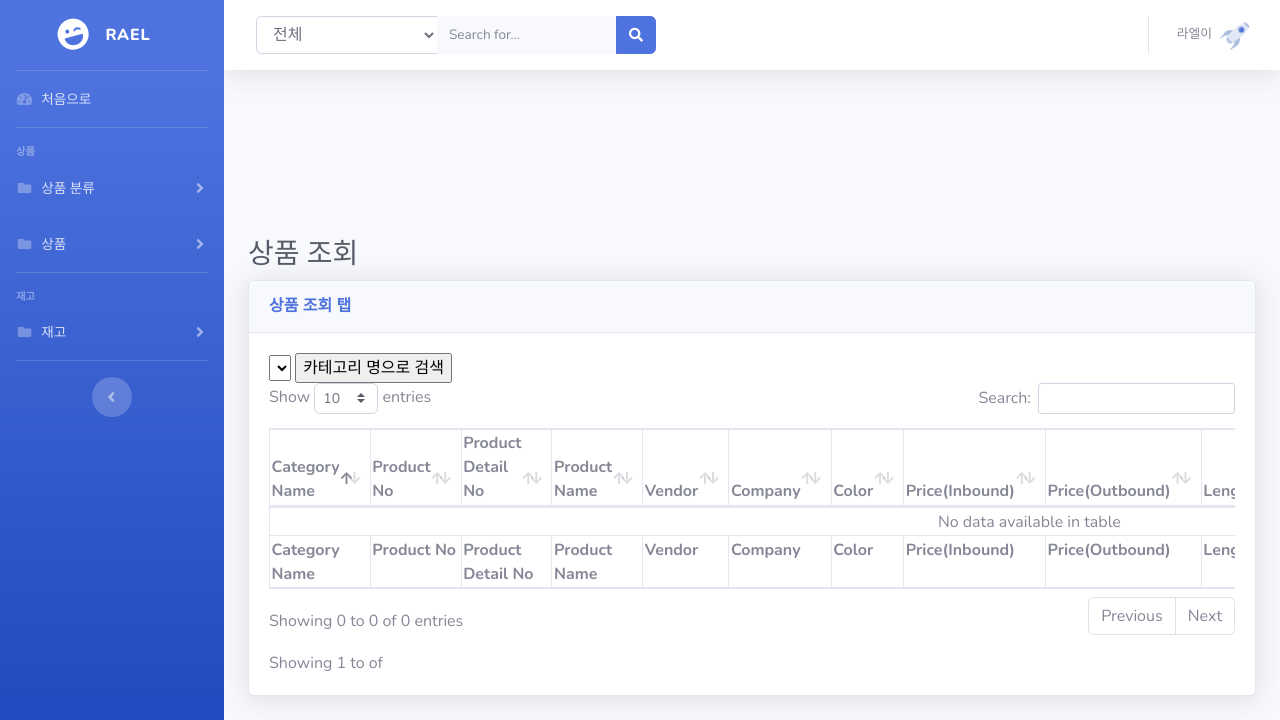
Repository: sww232/springRaelProject
Page: http://localhost/rael/WEB-INF/views/product/all_select.jsp
The author's editor kept a copy of each file at every save. The page is drawn from the files as they stood at one save, then again after the next save.
The browser window is 1280 px wide. The pictures show the whole page.
The page is served by Tomcat 9. Nobody is signed in. Other server files are loaded and not shown. The template is opened directly, without the code that normally fills it, so the values that code supplies are empty.

Above is the page before, as saved 2022-10-06 23:47:23.

### raelproject3/rael/src/main/webapp/WEB-INF/views/product/all_select.jsp
<%@ page language="java" contentType="text/html; charset=UTF-8" pageEncoding="UTF-8"%>
<%@ taglib uri="http://java.sun.com/jsp/jstl/core" prefix="c" %>
<!DOCTYPE html>
<html>
	<head>
		<meta http-equiv="X-UA-Compatible" content="IE=edge">
		<meta name="viewport" content="width=device-width, initial-scale=1, shrink-to-fit=no">
	    <meta name="description" content="">
	    <meta name="author" content="">
	    <meta charset="UTF-8">
			<title>상품 조회</title>

		<link href="/vendor/fontawesome-free/css/all.min.css" rel="stylesheet" type="text/css">
		<link href="/css/modal.css" rel="stylesheet" type="text/css">
	    <link
	        href="https://fonts.googleapis.com/css?family=Nunito:200,200i,300,300i,400,400i,600,600i,700,700i,800,800i,900,900i"
	        rel="stylesheet">

	    <!-- Custom styles for this template -->
	    <link href="/css/sb-admin-2.min.css" rel="stylesheet">
	    <!-- Custom styles for this page -->
	    <link href="/vendor/datatables/dataTables.bootstrap4.min.css" rel="stylesheet">

	    <script src="/vendor/jquery/jquery.min.js"></script>
	    <script src="/vendor/bootstrap/js/bootstrap.bundle.min.js"></script>

	    <!-- Core plugin JavaScript-->
	    <script src="/vendor/jquery-easing/jquery.easing.min.js"></script>

	    <!-- Custom scripts for all pages-->
	    <script src="/js/sb-admin-2.min.js"></script>

	    <!-- Page level plugins -->
	    <script src="/vendor/datatables/jquery.dataTables.min.js"></script>
	    <script src="/vendor/datatables/dataTables.bootstrap4.min.js"></script>

	    <!-- Page level custom scripts -->
	    <script src="/js/demo/datatables-demo.js"></script>


	</head>


	<body id="page-top">
		<form>
			<div class="modal fade" id="moaModal1" tabindex="-1" role="dialog" aria-labelledby="exampleModalLabel" aria-hidden="true">

			<div class="modal-dialog" role="document">
				<div class="modal-content">
					<div class="modal-header">
						<h5 class="modal-title" id="exampleModalLabel">상품 등록을 위한 카테고리 선택</h5>
						<button class="close" type="button" data-dismiss="modal" aria-label="Close">
							<span aria-hidden="true">x</span>
						</button>
						</div>
						<div class="modal-body">
							<select name="categoryBox1" id="categoryBox1">
								<option value="defaultValue" selected></option>
								<c:forEach var="list" items="${categorynums}">
									<option value="${list}">
										${list}
									</option>
								</c:forEach>
							</select>
						</div>
					<div class="modal-footer">
						<button class="btn btn-primary" type="button" data-dismiss="modal">Cancel</button>
						<button class="btn btn-primary" type="submit" formaction="/product/product_insert">Choice</button>
					</div>
				</div>
			</div>
		</div>
		<div class="modal fade" id="moaModal2" tabindex="-1" role="dialog" aria-labelledby="exampleModalLabel" aria-hidden="true">

			<div class="modal-dialog" role="document">
				<div class="modal-content">
					<div class="modal-header">
						<h5 class="modal-title" id="exampleModalLabel">상품 추가 등록을 위한 카테고리 선택</h5>
						<button class="close" type="button" data-dismiss="modal" aria-label="Close">
							<span aria-hidden="true">x</span>
						</button>
						</div>
						<div class="modal-body">
							<select name="categoryBox2" id="categoryBox2">
								<option value="defaultValue" selected></option>
								<c:forEach var="list" items="${categorynums}">
									<option value="${list}">
										${list}
									</option>
								</c:forEach>
							</select>
						</div>
					<div class="modal-footer">
						<button class="btn btn-primary" type="button" data-dismiss="modal">Cancel</button>
						<button class="btn btn-primary" type="submit" formaction="/product/product_insert_detail">Choice</button>
					</div>
				</div>
			</div>
		</div>
		<div class="modal fade" id="moaModal3" tabindex="-1" role="dialog" aria-labelledby="exampleModalLabel" aria-hidden="true">

			<div class="modal-dialog" role="document">
				<div class="modal-content">
					<div class="modal-header">
						<h5 class="modal-title" id="exampleModalLabel">상품명/상세정보 수정을 위한 카테고리 선택</h5>
						<button class="close" type="button" data-dismiss="modal" aria-label="Close">
							<span aria-hidden="true">x</span>
						</button>
						</div>
						<div class="modal-body">
							<select name="categoryBox3" id="categoryBox3">
								<option value="defaultValue" selected></option>
								<c:forEach var="list" items="${categorynums}">
									<option value="${list}">
										${list}
									</option>
								</c:forEach>
							</select>
						</div>
					<div class="modal-footer">
						<button class="btn btn-primary" type="button" data-dismiss="modal">Cancel</button>
						<button class="btn btn-primary" type="submit" formaction="/product/product_update">Choice</button>
					</div>
				</div>
			</div>
		</div>
		</form>
		<div id="wrapper">
			<ul class="navbar-nav bg-gradient-primary sidebar sidebar-dark accordion" id="accordionSidebar">
            	<!-- Sidebar - Brand -->
	            <a class="sidebar-brand d-flex align-items-center justify-content-center" href="/">
	                <div class="sidebar-brand-icon rotate-n-15">
	                    <i class="fas fa-laugh-wink"></i>
	                </div>

	                <div class="sidebar-brand-text mx-3"> RAEL </div>
	            </a>

	            <!-- Divider -->
	            <hr class="sidebar-divider my-0">

	            <!-- Nav Item - Dashboard -->
	            <li class="nav-item">
	                <a class="nav-link" href="/">
	                    <i class="fas fa-fw fa-tachometer-alt"></i>
	                    <span>처음으로</span></a>
	            </li>

	            <!-- Divider -->
	            <hr class="sidebar-divider">

	            <!-- Heading -->
	            <div class="sidebar-heading">
	                상품
	            </div>

	            <!-- Nav Item - Pages Collapse Menu -->
	            <li class="nav-item">
	                <a class="nav-link collapsed" href="#" data-toggle="collapse" data-target="#collapseTwo"
	                    aria-expanded="true" aria-controls="collapseTwo">
	                    <i class="fas fa-fw fa-folder"></i>
	                    <span>상품 분류</span>
	                </a>
	                <div id="collapseTwo" class="collapse" aria-labelledby="headingTwo" data-parent="#accordionSidebar">
	                    <div class="bg-white py-2 collapse-inner rounded">
	                        <h6 class="collapse-header">상풍 분류 탭</h6>
                        <a class="collapse-item" href="/product/category_select?page=1&recordSize=10&pageSize=10">상품 분류 조회</a>
                        <a class="collapse-item" href="/product/category_insert?insertresult=0">상품 분류 등록</a>
                        <a class="collapse-item" href="/product/category_update">상품 분류 수정</a>
	                    </div>
	                </div>
	            </li>

	            <!-- Nav Item - Utilities Collapse Menu -->
	            <li class="nav-item">
	                <a class="nav-link collapsed" href="#" data-toggle="collapse" data-target="#collapseUtilities"
	                    aria-expanded="true" aria-controls="collapseUtilities">
	                    <i class="fas fa-fw fa-folder"></i>
	                    <span>상품</span>
	                </a>
	                <div id="collapseUtilities" class="collapse" aria-labelledby="headingUtilities"
	                    data-parent="#accordionSidebar">
	                    <div class="bg-white py-2 collapse-inner rounded">
	                        <h6 class="collapse-header">상품 탭</h6>
	                        <a class="collapse-item" href="/product/all_select?page=1&recordSize=10&pageSize=10">상품 조회</a>
	                        <a class="collapse-item" href="#" data-toggle="modal" data-target="#moaModal1">
							<i class="fas fa-arrow-right"></i>상품 등록
						</a>
						<a class="collapse-item" href="#" data-toggle="modal" data-target="#moaModal2">
							<i class="fas fa-arrow-right"></i>상품 추가 등록
						</a>
						<a class="collapse-item" href="#" data-toggle="modal" data-target="#moaModal3">
							<i class="fas fa-arrow-right"></i>상품명/상세정보 수정
						</a>
	                    </div>
	                </div>
	            </li>

	            <!-- Divider -->
	            <hr class="sidebar-divider">

	            <!-- Heading -->
	            <div class="sidebar-heading">
	                재고
	            </div>

	            <!-- Nav Item - Pages Collapse Menu -->
	            <li class="nav-item">
	                <a class="nav-link collapsed" href="#" data-toggle="collapse" data-target="#collapsePages"
	                    aria-expanded="true" aria-controls="collapsePages">
	                    <i class="fas fa-fw fa-folder"></i>
	                    <span>재고</span>
	                </a>
	                <div id="collapsePages" class="collapse" aria-labelledby="headingPages" data-parent="#accordionSidebar">
	                    <div class="bg-white py-2 collapse-inner rounded">
	                        <h6 class="collapse-header">재고</h6>
	                        <a class="collapse-item" href="/stock/stock_select?page=1&recordSize=10&pageSize=10">재고 조회 및 입/출고</a>
	                        <div class="collapse-divider"></div>
	                        <h6 class="collapse-header">재고 입/출고</h6>
	                        <a class="collapse-item" href="/stock/stock_history?page=1&recordSize=10&pageSize=10">내역</a>
	                        <a class="collapse-item" href="/stock/stock_history_cancel?page=1&recordSize=10&pageSize=10">취소</a>
	                    </div>
	                </div>
	            </li>

	            <!-- Divider -->
	            <hr class="sidebar-divider d-none d-md-block">

	            <!-- Sidebar Toggler (Sidebar) -->
	            <div class="text-center d-none d-md-inline">
	                <button class="rounded-circle border-0" id="sidebarToggle"></button>
	            </div>

        	</ul>

       		<!-- End of Sidebar -->

	        <!-- Content Wrapper -->
	        <div id="content-wrapper" class="d-flex flex-column">

	            <!-- Main Content -->
	            <div id="content">

	                <!-- Topbar -->
	                <nav class="navbar navbar-expand navbar-light bg-white topbar mb-4 static-top shadow">

	                    <!-- Sidebar Toggle (Topbar) -->
	                    <form class="form-inline">
	                        <button id="sidebarToggleTop" class="btn btn-link d-md-none rounded-circle mr-3">
	                            <i class="fa fa-bars"></i>
	                        </button>
	                    </form>

	                    <!-- Topbar Search -->
	                    <form class="d-none d-sm-inline-block form-inline mr-auto ml-md-3 my-2 my-md-0 mw-100 navbar-search"
	                     id="searchForm" autocomplete="off" action="/product/all_select?page=1&recordSize=10&pageSize=10">

							<div class="input-group">
								<select id="searchType" name="searchType" class="form-control">
						           <option value="" selected>전체</option>
						           <option value="product_name">제품 이름</option>
						           <option value="product_company">회사명</option>
								</select>
								<input type="text" class="form-control bg-light border-0 small" placeholder="Search for..."
                                aria-label="Search" aria-describedby="basic-addon2" id="keyword" name="keyword">
                                <div class="input-group-append">
	                                <button class="btn btn-primary" type="submit">
	                                    <i class="fas fa-search fa-sm"></i>
	                                </button>
                            	</div>
					    	</div>
						</form>



	                    <!-- Topbar Navbar -->
	                    <ul class="navbar-nav ml-auto">

	                        <!-- Nav Item - Search Dropdown (Visible Only XS) -->
	                        <li class="nav-item dropdown no-arrow d-sm-none">
	                            <a class="nav-link dropdown-toggle" href="#" id="searchDropdown" role="button"
	                                data-toggle="dropdown" aria-haspopup="true" aria-expanded="false">
	                                <i class="fas fa-search fa-fw"></i>
	                            </a>
	                            <!-- Dropdown - Messages -->
	                            <div class="dropdown-menu dropdown-menu-right p-3 shadow animated--grow-in"
	                                aria-labelledby="searchDropdown">
	                                <form class="form-inline mr-auto w-100 navbar-search">
	                                    <div class="input-group">
	                                        <input type="text" class="form-control bg-light border-0 small"
	                                            placeholder="Search for..." aria-label="Search"
	                                            aria-describedby="basic-addon2">
	                                        <div class="input-group-append">
	                                            <button class="btn btn-primary" type="button">
	                                                <i class="fas fa-search fa-sm"></i>
	                                            </button>
	                                        </div>
	                                    </div>
	                                </form>
	                            </div>
	                        </li>

	                        <div class="topbar-divider d-none d-sm-block"></div>

	                        <!-- Nav Item - User Information -->
	                        <li class="nav-item dropdown no-arrow">
	                            <a class="nav-link dropdown-toggle" href="#" id="userDropdown" role="button"
	                                data-toggle="dropdown" aria-haspopup="true" aria-expanded="false">
	                                <span class="mr-2 d-none d-lg-inline text-gray-600 small">라엘이</span>
	                                <img class="img-profile rounded-circle"
	                                    src="/img/undraw_rocket.svg">
	                            </a>
	                            <!-- Dropdown - User Information -->
	                            <div class="dropdown-menu dropdown-menu-right shadow animated--grow-in"
	                                aria-labelledby="userDropdown">
	                                <div class="dropdown-divider"></div>
	                                <a class="dropdown-item" href="#" data-toggle="modal" data-target="#logoutModal">
	                                    <i class="fas fa-sign-out-alt fa-sm fa-fw mr-2 text-gray-400"></i>
	                                    Logout
	                                </a>
	                            </div>
	                        </li>
						</ul>
					</nav>
				</div>
	    	<!-- End of Topbar -->
			<div class="container-fluid">

				<!-- Page Heading -->
				<h1 class="h3 mb-2 text-gray-800">상품 조회</h1>
				<div class="card shadow mb-4">
					<div class="card-header py-3">
					    <h6 class="m-0 font-weight-bold text-primary">상품 조회 탭</h6>
					</div>
					<div class="card-body">
						<div class="table-responsive">
							<div id="dataTable_wrapper" class="dataTables_wrapper dt-bootstrap4">
								<div class="row">
									<form>
										<div class="dataTable_filter" id="dataTable_filter">
											<select name="categoryBox" id="categoryBox">
												<option value="defaultValue" selected></option>
												<c:forEach var="list" items="${categorynums}">
													<option value="${list}">
														${list}
													</option>
												</c:forEach>
											</select>
											<input type="submit" value="카테고리 명으로 검색">
										</div>
									</form>
								</div>
								<div class="row">
									<div class="col-sm-12">
										<table class="table table-bordered" id="dataTable" width="100%" cellspacing="0">
											<thead>
												<tr>
													<th>Category Name</th>
													<th>Product No</th>
													<th>Product Detail No</th>
													<th>Product Name</th>
													<th>Vendor</th>
													<th>Company</th>
													<th>Color</th>
													<th>Price(Inbound)</th>
													<th>Price(Outbound)</th>
													<th>Length</th>
													<th>Weight</th>
													<th>Battery</th>
													<th>Registered Date</th>
													<th>Modified Date</th>
													<th>Description</th>
												</tr>
											</thead>
											<tfoot>
												<tr>
													<th>Category Name</th>
													<th>Product No</th>
													<th>Product Detail No</th>
													<th>Product Name</th>
													<th>Vendor</th>
													<th>Company</th>
													<th>Color</th>
													<th>Price(Inbound)</th>
													<th>Price(Outbound)</th>
													<th>Length</th>
													<th>Weight</th>
													<th>Battery</th>
													<th>Registered Date</th>
													<th>Modified Date</th>
													<th>Description</th>
												</tr>
											</tfoot>
											<tbody>
												<c:forEach items="${datas.list}" var="data">
													<tr>
														<td>${data.PRODUCTCATEGORYNAME}</td>
														<td>${data.PRODUCTNUM}</td>
														<td>${data.PRODUCTBYNUM}</td>
														<td>${data.PRODUCTNAME}</td>
														<td>${data.PRODUCTVENDOR}</td>
														<td>${data.PRODUCTCOMPANY}</td>
														<td>${data.PRODUCTCOLOR}</td>
														<td>${data.PRODUCTPRICEINBOUND}</td>
														<td>${data.PRODUCTPRICEOUTBOUND}</td>
														<td>${data.PRODUCTLENGTH}</td>
														<td>${data.PRODUCTWEIGHT}</td>
														<td>${data.PRODUCTVOLT}</td>
														<td>${data.APPENDDATE}</td>
														<td>${data.UPDATEDATE}</td>
														<td>${data.PRODUCTDESCRIPTION}</td>
													<tr>
												</c:forEach>
											</tbody>
										</table>
									</div>
								</div>
								<div class="row">
									<div class="col-sm-12 col-md-5">
										<div class="dataTables_info" id="dataTable_info" role="status" aria-live="polite">
											<c:if test="${shownumber >= allcount}">
												Showing ${datas.pagination.limitStart + 1} to ${allcount} of ${allcount}
											</c:if>
											<c:if test="${shownumber < allcount}">
												Showing ${datas.pagination.limitStart + 1} to ${datas.pagination.limitStart + 10} of ${allcount}
											</c:if>
										</div>
									</div>
									<div class="col-sm-12 col-md-7">
										<div class="dataTables_paginate paging_simple_numbers" id="dataTable_paginate">
											<ul class="pagination">
											    <c:if test="${datas.pagination.totalPageCount < 1}">
											        <li>0</li>
											    </c:if>
											    <c:if test="${datas.pagination.existPrevPage eq true}">
											    	<li class="paginate_button page-item previous">
											    		<a aria-controls="dataTable" data-dt-idx="${num}" class="page-link"
											    			href='<c:url value="/product/all_select?page=${datas.pagination.startPage-1}&recordSize=10&pageSize=10&categoryBox=${categoryBox}&keyword=${param.keyword}&searchType=${param.searchType}"/>'>PREVIOUS</a>
											    	</li>
											    </c:if>
											    <c:if test="${datas.pagination.totalPageCount > 0}">
											   		<c:forEach begin="${datas.pagination.startPage}" end="${datas.pagination.endPage}" var="num">
											   			<li class="paignate_button page-item">
											   				<a  aria-controls="dataTable" data-dt-idx="${num}" class="page-link"
											   					href='<c:url value="/product/all_select?page=${num}&recordSize=10&pageSize=10&categoryBox=${categoryBox}&keyword=${param.keyword}&searchType=${param.searchType}"/>'>${num}</a>
											   			</li>
											   		</c:forEach>
											    </c:if>
											    <c:if test="${datas.pagination.existNextPage eq true}">
											        <li class="paginate_button page-item next" id="dataTable_next">
											        	<a aria-controls="dataTable" data-dt-idx="${num}" class="page-link"
											        		href='<c:url value="/product/all_select?page=${datas.pagination.endPage+1}&recordSize=10&pageSize=10&categoryBox=${categoryBox}&keyword=${param.keyword}&searchType=${param.searchType}"/>'>NEXT</a>
											       </li>
											    </c:if>
								    		</ul>
							    		</div>
							    	</div>
								</div>
							</div>
						</div>
					</div>
				</div>
			</div>
    </div>
</div>
	</body>
</html>

### raelproject3/rael/src/main/resources/static/css/modal.css
@charset "UTF-8";

.modal{
	position: fixed;
	top: 0;
	z-index: 1050;
	display: none;
	width: 100%;
	height: 100%;
	overflow: hidden;
	outline: 0;
}

.modal-dialog{
	position: relative;
	width: auto;
	margin: .5rem;
	pointer-events: none;
}

### raelproject3/rael/src/main/resources/static/img/undraw_rocket.svg
<?xml version="1.0" encoding="utf-8"?>
<!-- Generator: Adobe Illustrator 25.0.0, SVG Export Plug-In . SVG Version: 6.00 Build 0)  -->
<svg version="1.1" id="b759170a-51c3-4e2f-999d-77dec9fd6d11"
	 xmlns="http://www.w3.org/2000/svg" xmlns:xlink="http://www.w3.org/1999/xlink" x="0px" y="0px" viewBox="0 0 650.9 610.5"
	 style="enable-background:new 0 0 650.9 610.5;" xml:space="preserve">
<style type="text/css">
	.st0{fill:#AFC0E0;}
	.st1{opacity:0.2;fill:#FFFFFF;enable-background:new    ;}
	.st2{opacity:0.1;enable-background:new    ;}
	.st3{fill:#E3E8F4;}
	.st4{fill:#4E73DF;}
</style>
<path class="st0" d="M174,321c-2-1.6-4.2-3-6.6-4.2c-51.8-26.2-157,67.8-157,67.8L0,372.7c0,0,42.1-43.8,92.4-117.3
	c45.2-66.1,150.7-51.8,171.4-48.3c2.3,0.4,3.6,0.7,3.6,0.7C298.7,288.3,174,321,174,321z"/>
<path class="st1" d="M269.4,213.9c-0.6-2-1.3-4-2-6c0,0-1.2-0.2-3.6-0.7c-20.7-3.5-126.2-17.8-171.4,48.3C42.1,329,0,372.7,0,372.7
	l5.9,6.7c0,0,42.1-43.8,92.4-117.3C143.3,196.3,248,210.2,269.4,213.9z"/>
<path class="st0" d="M337.7,533.4c-79.2,40.8-127.8,77.1-127.8,77.1l-10.5-11.9c0,0,111.1-96.8,85.3-150.9c-0.5-1.2-1.2-2.3-1.9-3.4
	c0,0,47.9-119.6,123.9-78.5c0,0,0.1,1,0.2,2.9C407.8,387.8,409.7,496.3,337.7,533.4z"/>
<path class="st2" d="M174,321c-2-1.6-4.2-3-6.6-4.2c29.3-38.9,61.5-75.5,96.3-109.7c2.3,0.4,3.6,0.7,3.6,0.7
	C298.7,288.3,174,321,174,321z"/>
<path class="st2" d="M406.9,368.6c-38.6,29.6-79.4,56.1-122.3,79.1c-0.5-1.2-1.2-2.3-1.9-3.4c0,0,47.9-119.6,123.9-78.5
	C406.7,365.7,406.8,366.7,406.9,368.6z"/>
<path class="st3" d="M263.6,455.5c-20.3,10.4-41.6,20.5-64,30.2c-33.6,14.6-51.5-2.2-80.7-91.5c0,0,12.5-22.5,37.2-57
	c54.3-75.8,167.5-209.1,336.1-286.7C542.7,27.1,596.1,10.1,650.9,0c0,0-9.1,68.8-62,160.1S439.1,365.3,263.6,455.5z"/>
<circle class="st0" cx="435.6" cy="199.7" r="71.6"/>
<path class="st4" d="M469.2,237.9c-21,18.6-53.1,16.6-71.7-4.5c-7.8-8.8-12.2-20-12.7-31.8c-0.2-4.7,0.3-9.4,1.4-14
	c0.5-2,1.1-4.1,1.9-6c2.9-7.7,7.7-14.5,13.8-19.9c0.3-0.3,0.6-0.5,0.9-0.8c17.1-14.4,41.5-15.9,60.3-3.8c3.5,2.3,6.7,4.9,9.5,7.9
	l1,1.1C492.2,187.2,490.2,219.3,469.2,237.9C469.2,237.8,469.2,237.9,469.2,237.9z"/>
<path class="st0" d="M588.9,160.1c-83-35.2-96.8-109.6-96.8-109.6C542.7,27,596.1,10.1,650.9,0C650.9,0,641.8,68.8,588.9,160.1z"/>
<path class="st0" d="M263.6,455.5c-13.7,7.1-27.9,13.9-42.6,20.7c-7,3.2-14.1,6.4-21.4,9.5c-10.9,4.7-51.5-2.2-80.7-91.5
	c0,0,4.1-7.3,12.1-20c6.1-9.6,14.5-22.2,25.1-37c0,0,11,33.2,41.1,67.3C215.8,425.7,238.4,443,263.6,455.5z"/>
<path class="st3" d="M221,476.2c-7,3.2-14.1,6.4-21.4,9.5c-10.9,4.7-51.5-2.2-80.7-91.5c0,0,4.1-7.3,12.1-20
	C131,374.2,170.2,456.9,221,476.2z"/>
<path class="st1" d="M463.2,157l-0.1,0l-60.1,3.9c-0.3,0.3-0.6,0.5-0.9,0.8c-6.2,5.4-10.9,12.3-13.8,19.9l84.5-16.6L463.2,157z"/>
<path class="st1" d="M438.8,194.3l-53.9,7.3c-0.2-4.7,0.3-9.4,1.4-14l52.8,1.4L438.8,194.3z"/>
<path class="st1" d="M131.7,408.7c0,0,12.5-22.5,37.2-57C223.2,276,336.4,142.7,504.9,65c45.6-21.1,93.3-36.9,142.5-47.3
	C650.1,6.4,650.9,0,650.9,0c-54.8,10.1-108.2,27-158.7,50.5c-168.6,77.7-281.8,211-336.1,286.7c-24.7,34.4-37.2,57-37.2,57
	c11.5,35.3,26.6,57,40.5,70.3C149.4,451.4,139.7,433.3,131.7,408.7z"/>
</svg>

Loaded but not shown: raelproject3/rael/src/main/resources/static/css/sb-admin-2.min.css (library); raelproject3/rael/src/main/resources/static/js/sb-admin-2.min.js (common file); raelproject3/rael/src/main/resources/static/js/demo/datatables-demo.js (common file)

After the next save:
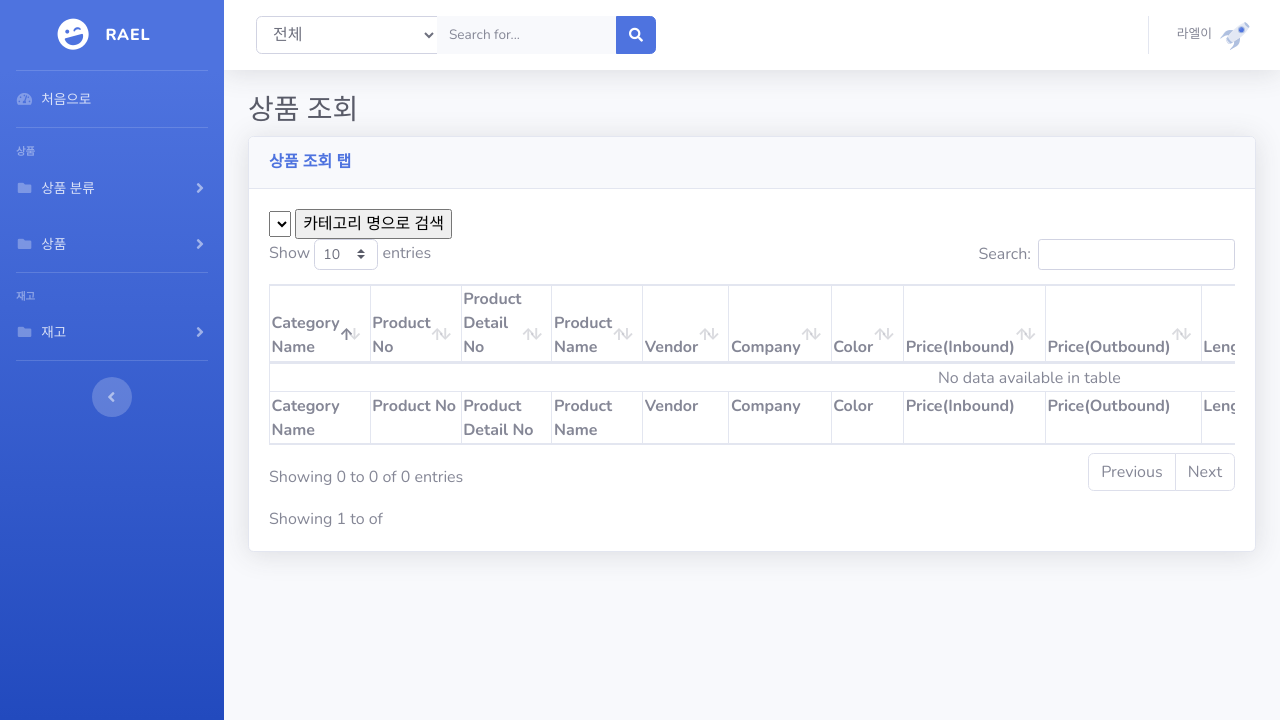
Saved 10 min 21 s later.
--- a/raelproject3/rael/src/main/webapp/WEB-INF/views/product/all_select.jsp
+++ b/raelproject3/rael/src/main/webapp/WEB-INF/views/product/all_select.jsp
@@ -322,8 +322,6 @@
 	                        </li>
 						</ul>
 					</nav>
-				</div>
-	    	<!-- End of Topbar -->
 			<div class="container-fluid">
 
 				<!-- Page Heading -->
@@ -461,6 +459,8 @@
 					</div>
 				</div>
 			</div>
+				</div>
+	    	<!-- End of Topbar -->
     </div>
 </div>
 	</body>
